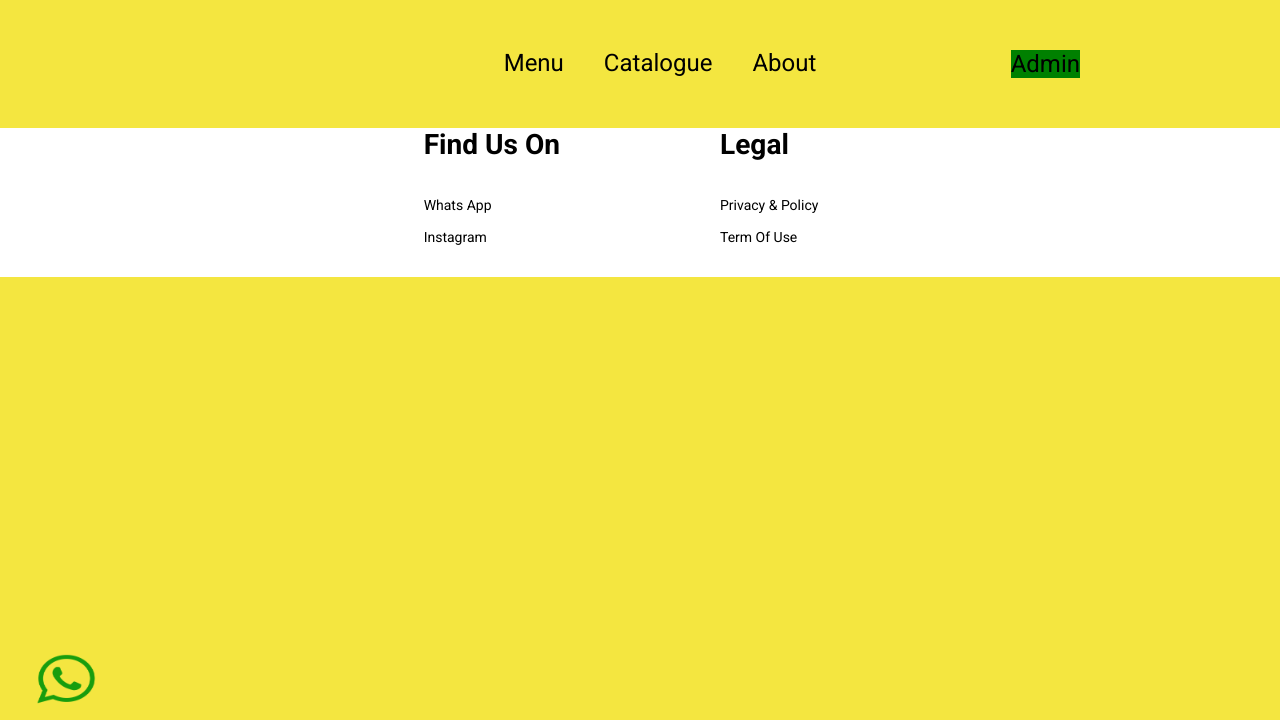
Repository: Fauzaanmhmd/Skripsi
Page: /about
The author's editor kept a copy of each file at every save. The page is drawn from the files as they stood at one save, then again after the next save.
The browser window is 1280 px wide. The pictures show the whole page.
The project was rebuilt for these pictures with package versions that can differ from the ones it lists, and the page was loaded fresh each time. The framework's server and built-in components were replaced by stand-ins that run in the browser. Also part of the build but not shown: next.config.js, components/background.js.

Above is the page before, as saved 2021-06-02 08:06:50.

After the next save:
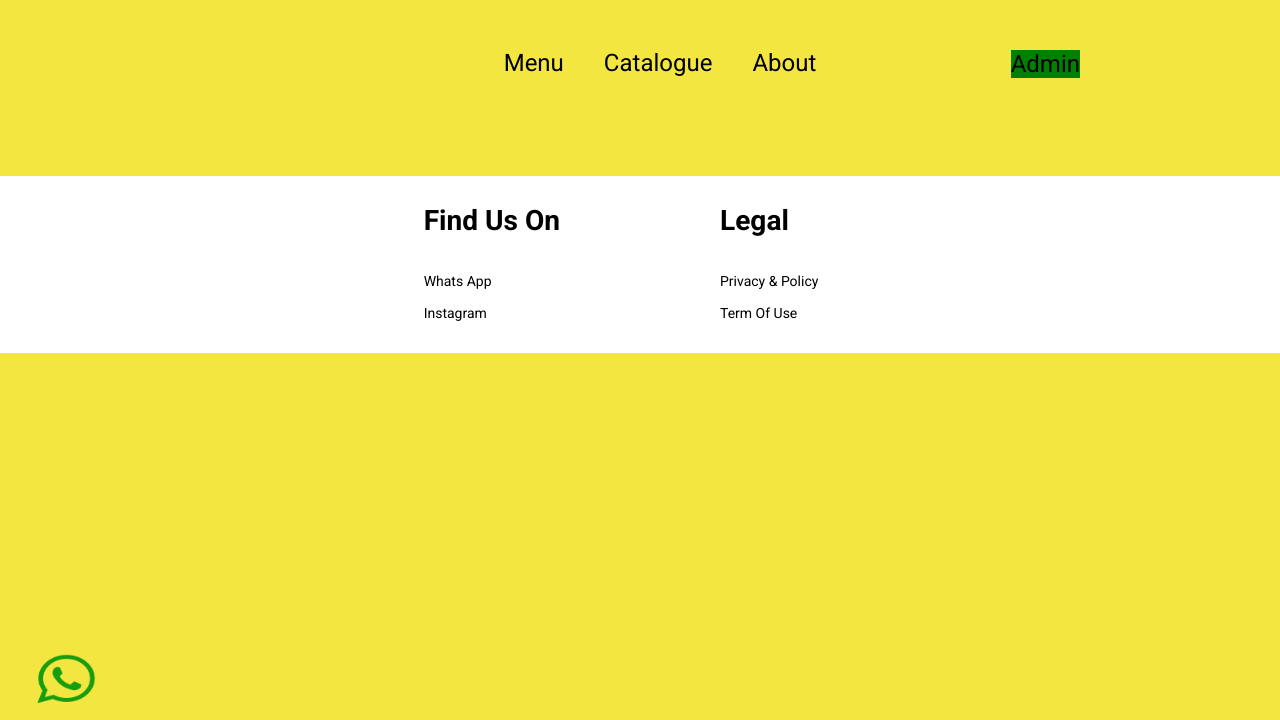
Saved 91 s later.
--- a/pages/about/index.js
+++ b/pages/about/index.js
@@ -3,7 +3,9 @@
 export default function About({ recipes }) {
     return (
         <Layout>
-
+            <div>
+                <p>
+                    tester</p>            </div>
         </Layout>
 
     )
